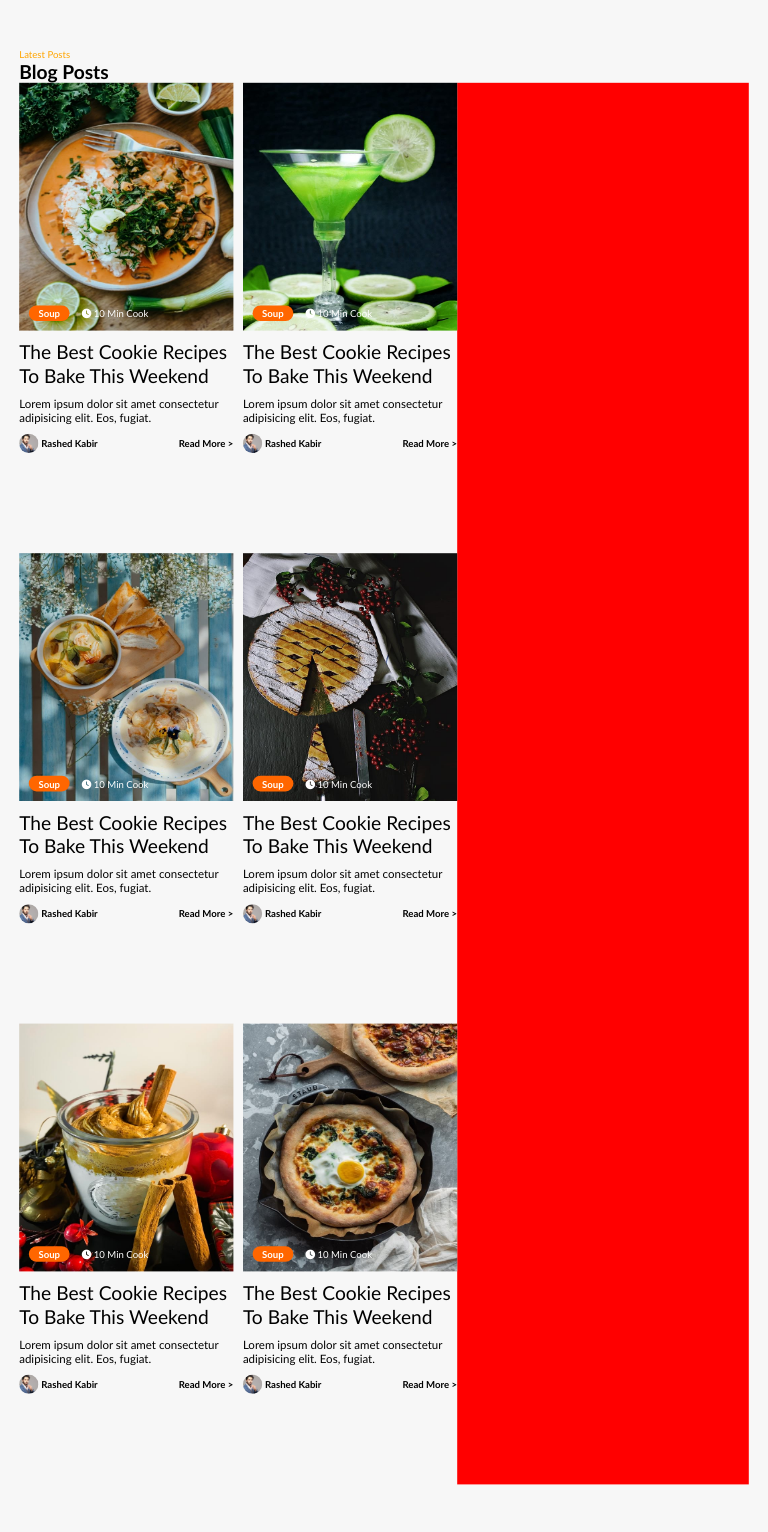
Repository: ngoctinvo/diner_project_cybersoft
Page: html/blog.html
The author's editor kept a copy of each file at every save. The page is drawn from the files as they stood at one save, then again after the next save.
The browser window is 1280 px wide. The pictures show the whole page, at 60% of full size.
Some web libraries are served in a nearby version. The style sheet was rebuilt from its Sass, Less or Tailwind sources for each picture, by a compiler version that may differ from the author's.

Above is the page before, as saved 2022-04-19 10:27:49.

After the next save:
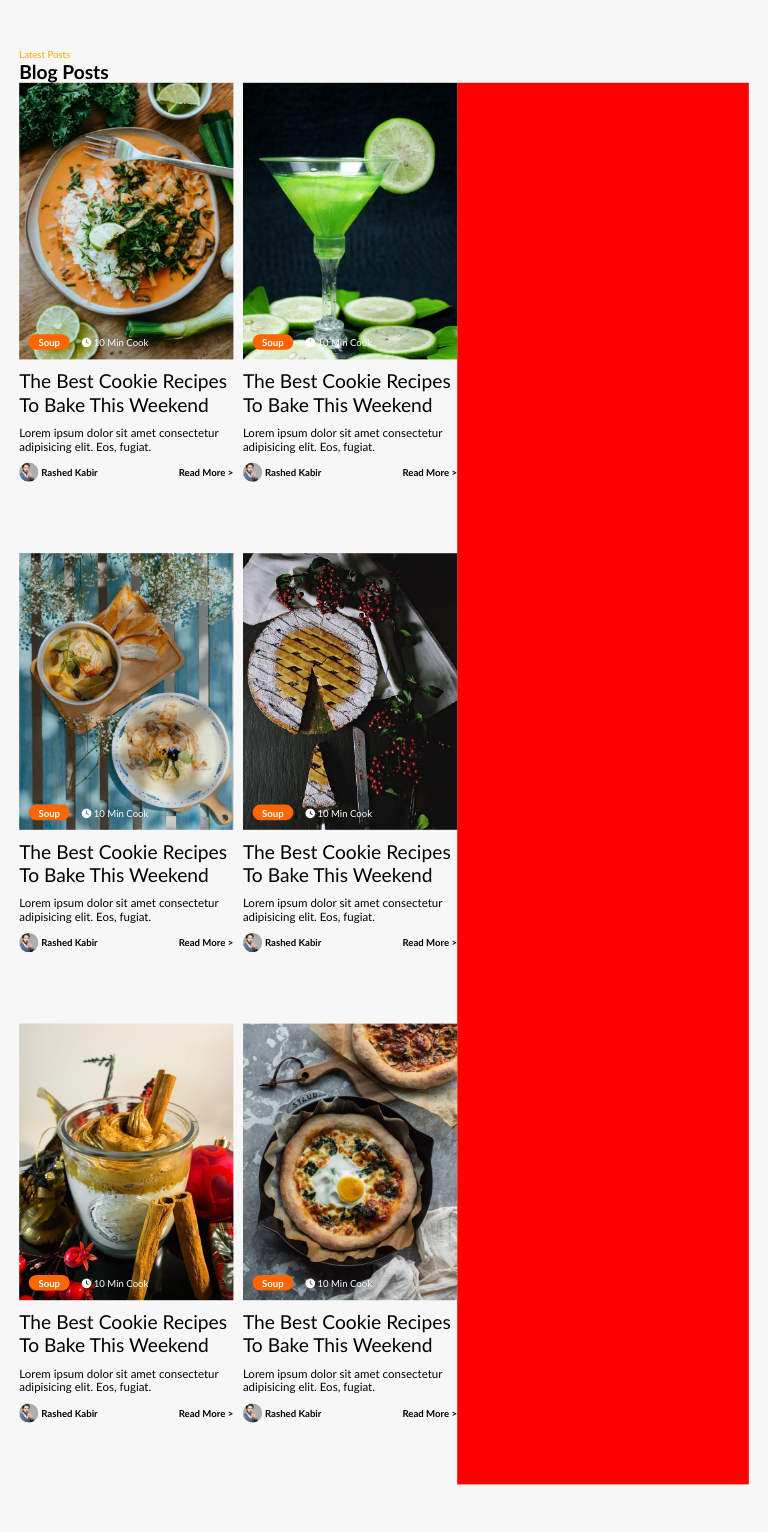
Saved 41 s later.
--- a/sass/blog.scss
+++ b/sass/blog.scss
@@ -32,6 +32,8 @@
                     gap: 1rem;
                     .item {
                         margin-bottom: 5rem;
+                        width: 100%;
+                        height: 100%;
                         .img {
                             position: relative;
                             height: 60%;
